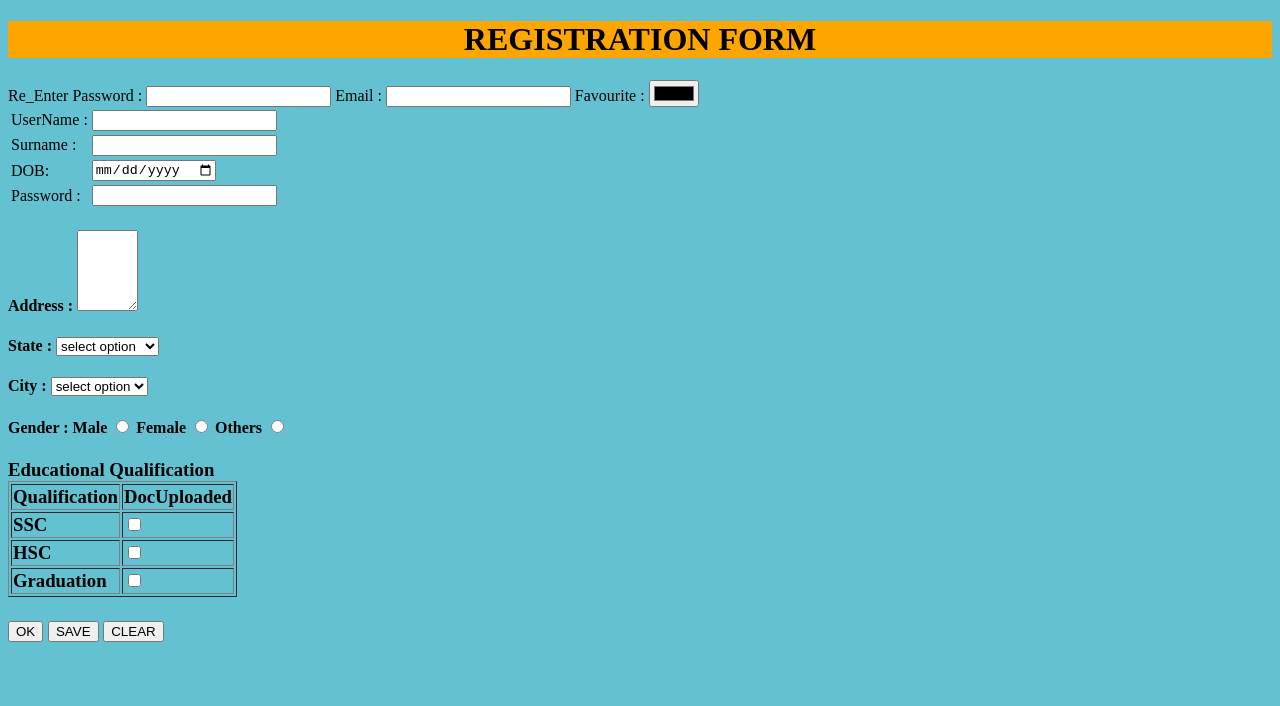
Repository: AJEET006/AdvanceJava-DSA
Page: ADVANCE_JAVA/HW_Example/WebContent/RegistrationForm.html
An editor plug-in stored every save of this project. The page is shown before and after the next save, followed by the edit.
The browser window is 1280 px wide. The pictures show the whole page.

Above is the page before, as saved 2022-06-21 18:50:10.

### ADVANCE_JAVA/HW_Example/WebContent/RegistrationForm.html
<!DOCTYPE html>
<html>
<head>
<meta charset="ISO-8859-1">
<title>Insert title here</title>
</head>
<body style="background-color: rgb(100, 193, 209);">
	<form>
		<h1 style="background-color: orange;">
			<bg>
			<center>REGISTRATION FORM</center>
			</bg>
		</h1>
		<table>
			<tr>
				<td>UserName :</td>

				<td><input type="text" name="" /></td>
			</tr>
			<tr>
				<td>Surname :</td>
				<td><input type="text" /></td>
			</tr>
			<tr>
				<td>DOB:</td>
				<td><input type="date" /></td>
			</tr>
			<tr>
				<td>Password :</td>
				<td><input type="password" /></td>
			</tr>
			 Re_Enter Password :
				<input type="password" /> Email :
				<input type="email" /> Favourite :
				<input type="color" />
		</table>
		<h4>
			Address :
			<textarea rows="5" cols="5"></textarea>
		</h4>
		<h4>
			State : <select name="State">
				<option>select option</option>
				<option>Uttar pradesh</option>
				<option>Maharashtra</option>
				<option>Rajasthan</option>
				<option>Punjab</option>
				<option>Bihar</option>

			</select>
		</h4>
		<h4>
			City : <select name="City">
				<option>select option</option>
				<option>Prayagraj</option>
				<option>Pune</option>
				<option>Chennai</option>
				<option>Hydarabad</option>
				<option>Darbhanga</option>

			</select>
		</h4>



		<h4>
			Gender : Male <input type="radio" name="gender" /> Female <input
				type="radio" name="gender" /> Others <input type="radio"
				name="gender" />
		</h4>
		<h3>
			Educational Qualification
			<table border="1">
				<tr>
					<th>Qualification</th>
					<th>DocUploaded</th>

				</tr>
				<tr>
					<td>SSC</td>
					<td><input type="checkbox" name="SSC"></td>
				</tr>
				<tr>
					<td>HSC</td>
					<td><input type="checkbox" name="HSC"></td>
				</tr>
				<tr>
					<td>Graduation</td>
					<td><input type="checkbox" name="Graduation"></td>
				</tr>
			</table>
			<br /> <input type="button" value="OK"> <input type="button"
				value="SAVE"> <input type="button" value="CLEAR">

		</h3>

	</form>
</body>
</html>

After the next save:
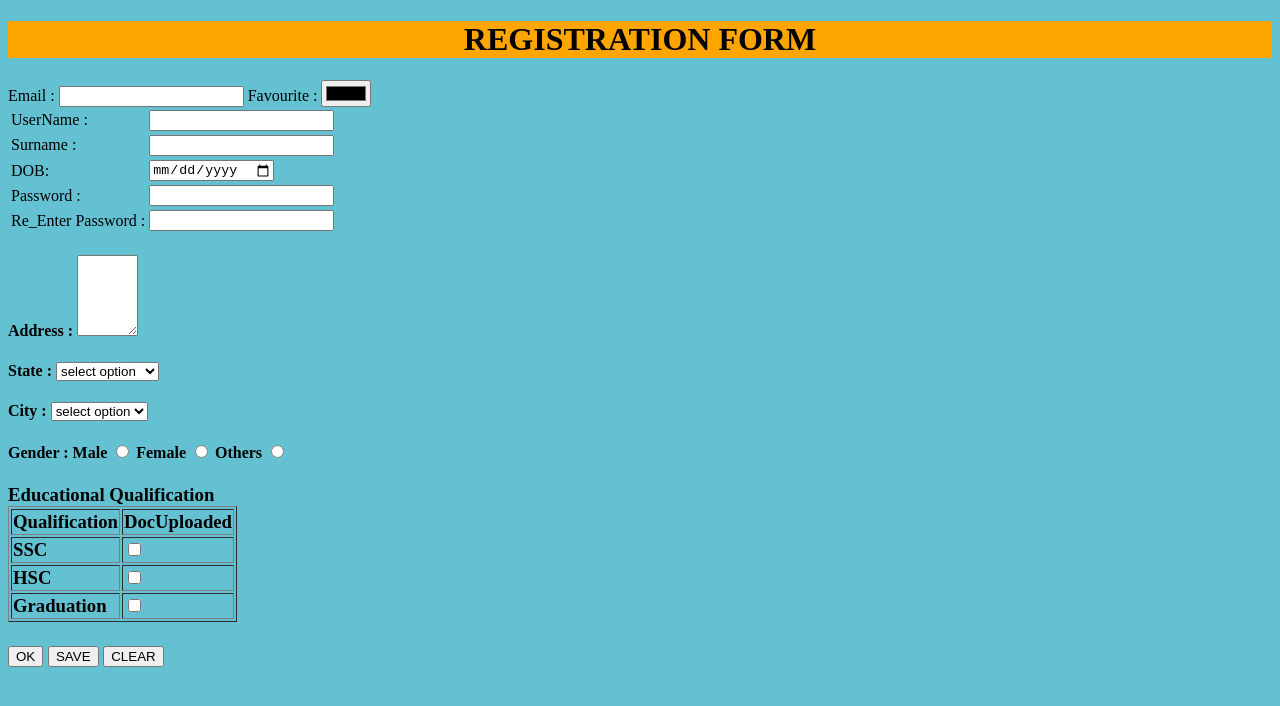
Saved 61 s later.
--- a/ADVANCE_JAVA/HW_Example/WebContent/RegistrationForm.html
+++ b/ADVANCE_JAVA/HW_Example/WebContent/RegistrationForm.html
@@ -29,8 +29,11 @@
 				<td>Password :</td>
 				<td><input type="password" /></td>
 			</tr>
-			 Re_Enter Password :
-				<input type="password" /> Email :
+			<tr>
+			<td> Re_Enter Password :</td>
+			<td><input type="password" /></td>
+			</tr>
+			 Email :
 				<input type="email" /> Favourite :
 				<input type="color" />
 		</table>
